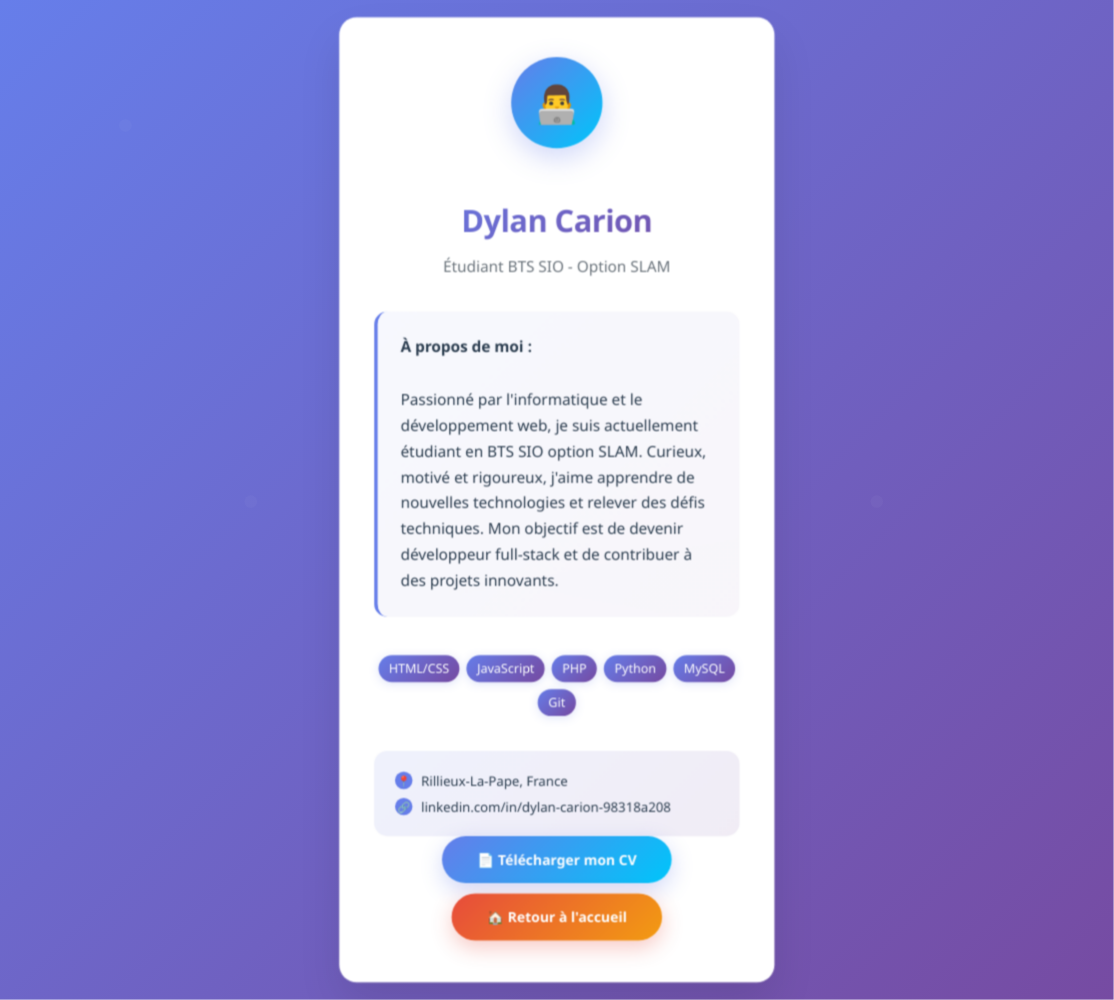
Repository: gato2fraises/Portfolio
Page: cv.html
The author's editor kept a copy of each file at every save. The page is drawn from the files as they stood at one save, then again after the next save.
The browser window is 1280 px wide. The pictures show the whole page, at 87% of full size.

Above is the page before, as saved 2025-09-10 13:50:25.

After the next save:
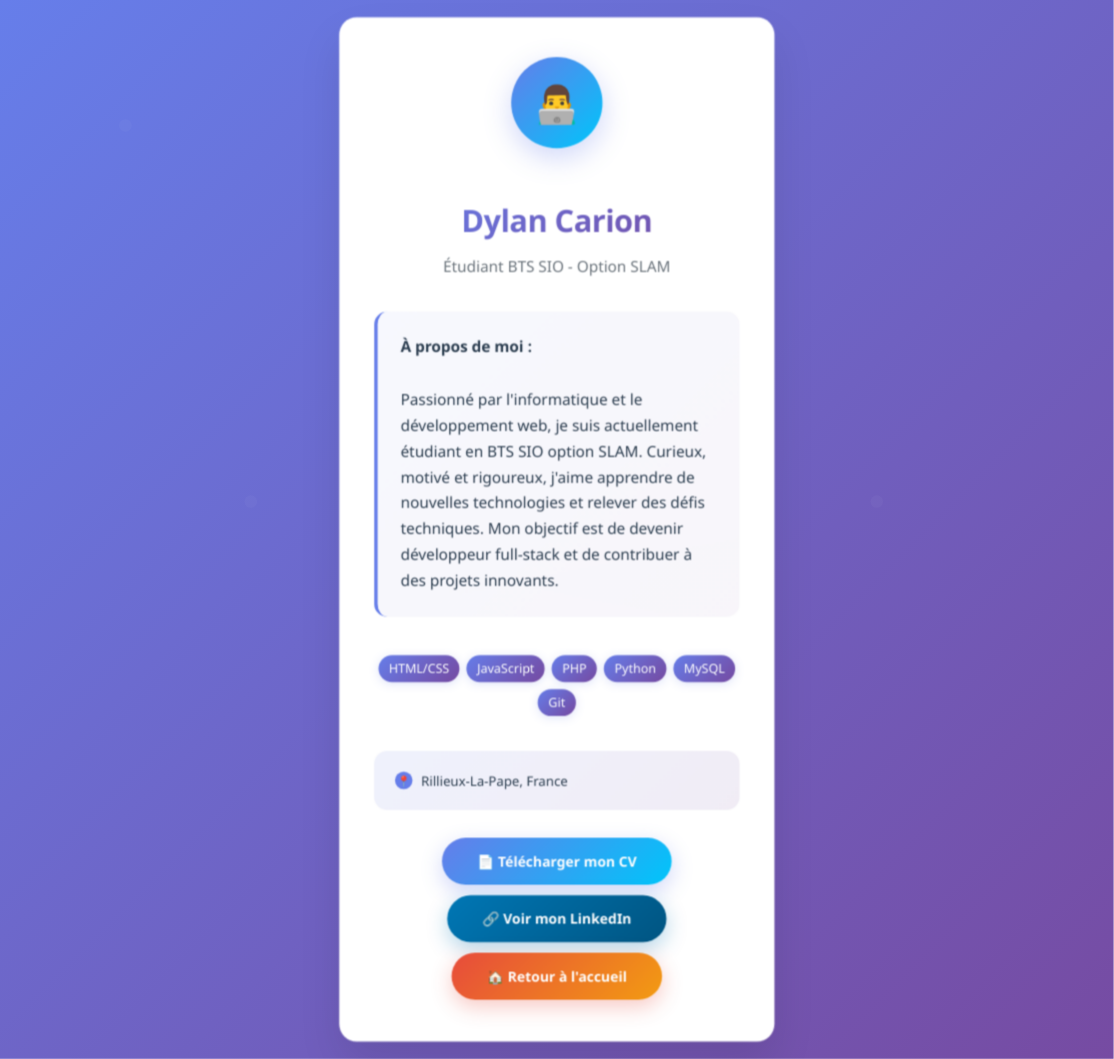
Saved 113 s later.
--- a/cv.html
+++ b/cv.html
@@ -9,6 +9,7 @@
             --primary: #667eea;
             --secondary: #764ba2;
             --accent: #00c6fb;
+            --linkedin: #0077b5;
             --text: #2c3e50;
             --text-light: #6c757d;
             --white: #ffffff;
@@ -155,6 +156,39 @@
             transform: translateY(-2px);
         }
 
+        .contact-info {
+            margin-bottom: 2em;
+            padding: 1.5em;
+            background: linear-gradient(135deg, rgba(102, 126, 234, 0.1), rgba(118, 75, 162, 0.1));
+            border-radius: 15px;
+            text-align: left;
+        }
+
+        .contact-item {
+            display: flex;
+            align-items: center;
+            gap: 10px;
+            margin-bottom: 10px;
+            color: var(--text);
+            font-size: 0.95em;
+        }
+
+        .contact-item:last-child {
+            margin-bottom: 0;
+        }
+
+        .contact-icon {
+            width: 20px;
+            height: 20px;
+            display: flex;
+            align-items: center;
+            justify-content: center;
+            background: var(--primary);
+            color: var(--white);
+            border-radius: 50%;
+            font-size: 0.8em;
+        }
+
         .buttons {
             display: flex;
             flex-direction: column;
@@ -202,6 +236,17 @@
             box-shadow: 0 15px 35px rgba(102, 126, 234, 0.4);
         }
 
+        .btn-linkedin {
+            background: linear-gradient(135deg, var(--linkedin) 0%, #005582 100%);
+            color: var(--white);
+            box-shadow: 0 8px 25px rgba(0, 119, 181, 0.3);
+        }
+
+        .btn-linkedin:hover {
+            transform: translateY(-3px);
+            box-shadow: 0 15px 35px rgba(0, 119, 181, 0.4);
+        }
+
         .btn-secondary {
             background: linear-gradient(135deg, #e74c3c 0%, #f39c12 100%);
             color: var(--white);
@@ -211,39 +256,6 @@
         .btn-secondary:hover {
             transform: translateY(-3px);
             box-shadow: 0 15px 35px rgba(231, 76, 60, 0.4);
-        }
-
-        .contact-info {
-            margin-top: 2em;
-            padding: 1.5em;
-            background: linear-gradient(135deg, rgba(102, 126, 234, 0.1), rgba(118, 75, 162, 0.1));
-            border-radius: 15px;
-            text-align: left;
-        }
-
-        .contact-item {
-            display: flex;
-            align-items: center;
-            gap: 10px;
-            margin-bottom: 10px;
-            color: var(--text);
-            font-size: 0.95em;
-        }
-
-        .contact-item:last-child {
-            margin-bottom: 0;
-        }
-
-        .contact-icon {
-            width: 20px;
-            height: 20px;
-            display: flex;
-            align-items: center;
-            justify-content: center;
-            background: var(--primary);
-            color: var(--white);
-            border-radius: 50%;
-            font-size: 0.8em;
         }
 
         @media (max-width: 600px) {
@@ -328,16 +340,15 @@
                 <div class="contact-icon">📍</div>
                 <span>Rillieux-La-Pape, France</span>
             </div>
-            <div class="contact-item">
-                <div class="contact-icon">🔗</div>
-                <span>linkedin.com/in/dylan-carion-98318a208</span>
-            </div>
         </div>
 
         <div class="buttons">
             <a href="document/cv.pdf" class="btn btn-primary" download>
                 📄 Télécharger mon CV
             </a>
+            <a href="https://linkedin.com/in/dylan-carion-98318a208" class="btn btn-linkedin" target="_blank" rel="noopener noreferrer">
+                🔗 Voir mon LinkedIn
+            </a>
             <a href="Page.html" class="btn btn-secondary">
                 🏠 Retour à l'accueil
             </a>
